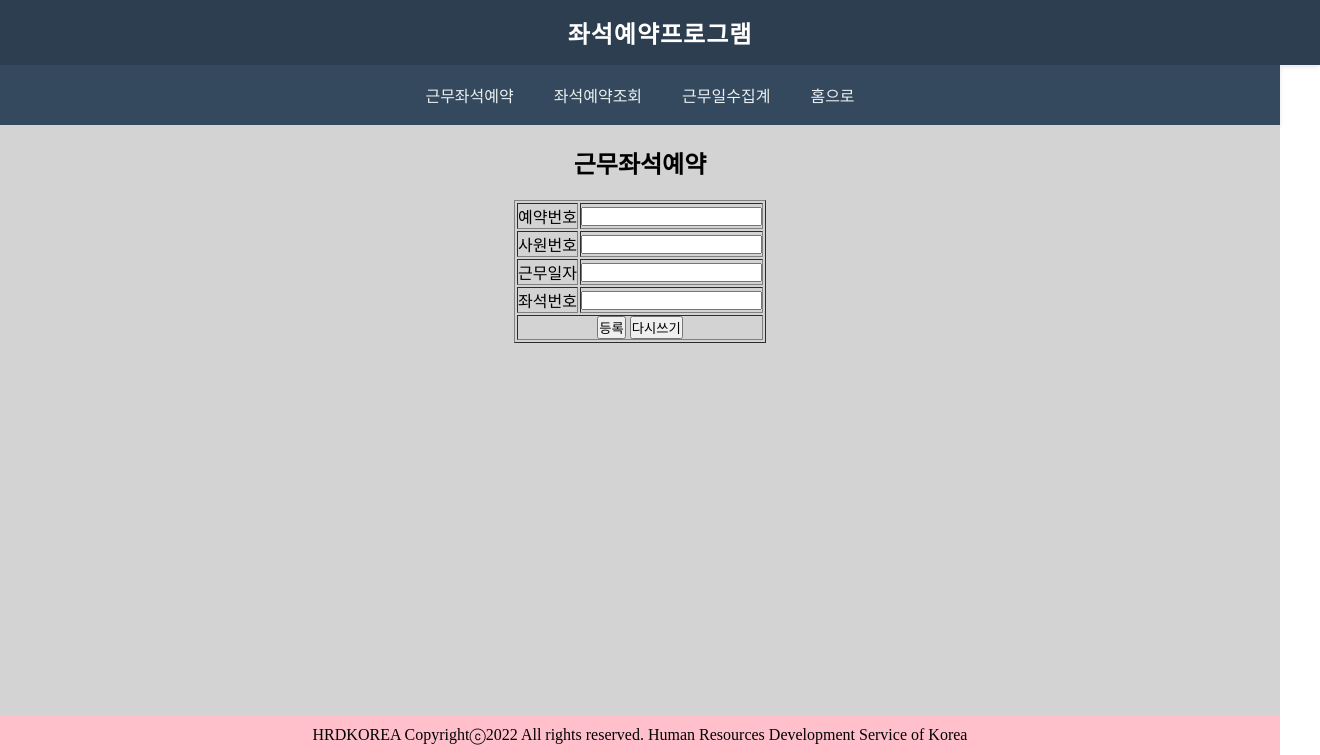
Repository: seowonjong/proje-ct
Page: http://localhost/seat/insert.jsp
An editor plug-in stored every save of this project. The page is shown before and after the next save, followed by the edit.
The browser window is 1280 px wide. The page is 1320 px wide, so the pictures cover 1320 px, including what lies to the right of the window. The pictures show the whole page.
The page is served by Tomcat 9.

Above is the page before, as saved 2025-08-25 01:53:03.

After the next save:
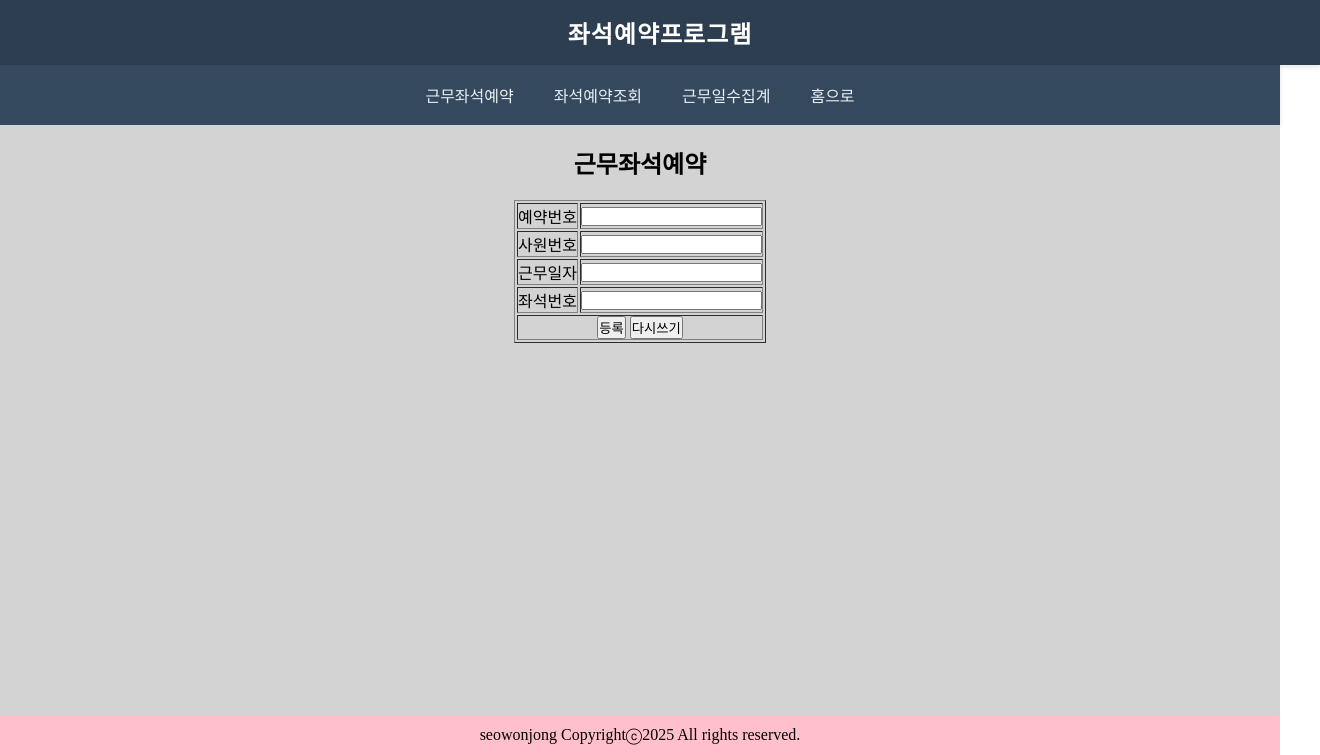
Saved 24 s later.
--- a/seat/src/main/webapp/footer.jsp
+++ b/seat/src/main/webapp/footer.jsp
@@ -16,6 +16,6 @@
 </style>
 </head>
 <body>
-<footer>HRDKOREA Copyrightⓒ2022 All rights reserved. Human Resources Development Service of Korea</footer>
+<footer>seowonjong Copyrightⓒ2025 All rights reserved.</footer>
 </body>
 </html>
